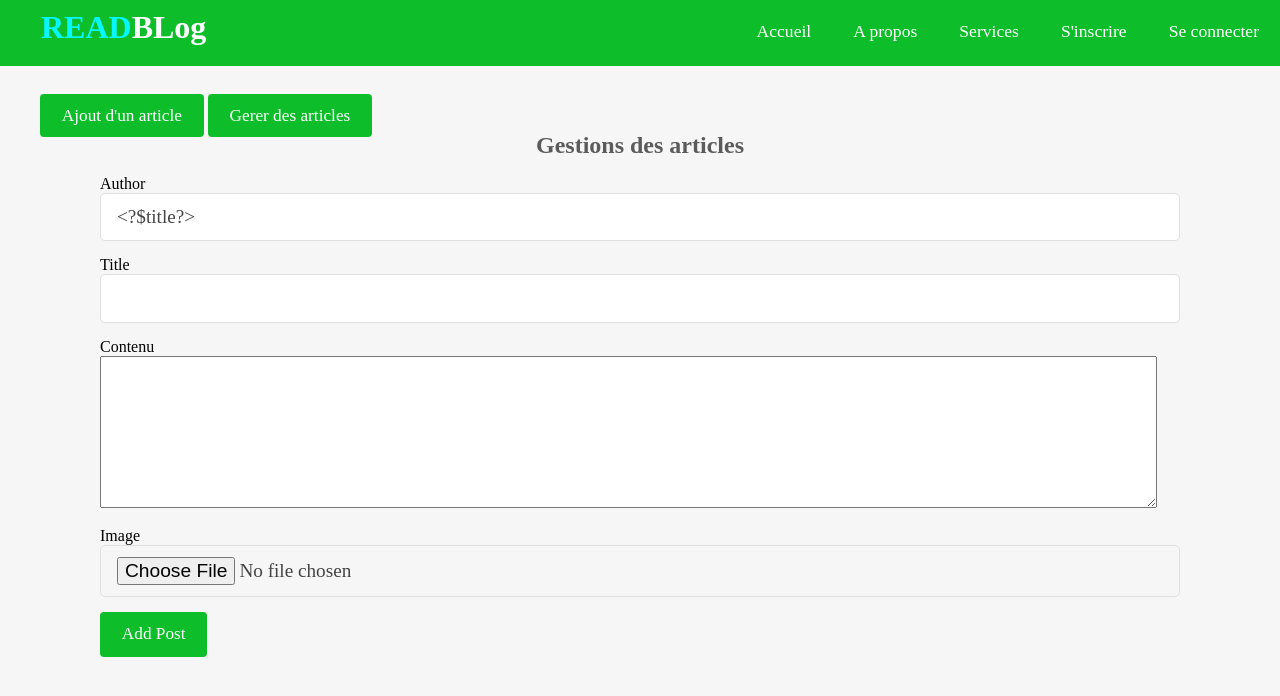
Repository: ahamie71/miniblog
Page: http://localhost/admin/create.php
An editor plug-in stored every save of this project. The page is shown before and after the next save, followed by the edit.
The browser window is 1280 px wide. The pictures show the whole page.
The page is run by PHP 8.4 with error messages shown; the project is at /var/www/html/.

Above is the page before, as saved 2023-02-28 20:56:03.

### admin/create.php
<?php

require_once('../refactoring.php');

$errors = array();

if (isset($_POST['add-post'])) {

    // la gestion des erreurs de champs du fomrulaire
    $errors = validatePost($_POST);

    // traitement d'image
    if (!empty($_FILES['image']['name'])) {
        $image_name = $_FILES['image']['name'];
        // on creer une destination
        $destination = "../images/$image_name";

        $result = move_uploaded_file($_FILES['image']['tmp_name'], $destination);
        if ($result) {

            $_POST['image'] = $image_name;

        } else {
            array_push($errors, 'l\enregistrement de l\'image a echoué');
        }

    } else {
        array_push($errors, 'Une image est demandée');
    }
    if (count($errors) == 0) {

        $_POST['content'] = nl2br(htmlentities($_POST['content']));
        //enregistrement de l'article
        create($_POST['author'], $_POST['title'], $_POST['content'], $_POST['image']);
        header('location: index.php');
        exit();

    }else{

        $title =$_POST['title'];
        $author =$_POST['author'];
        $content =$_POST['content'];
        $image =$_POST['image'];


    }







}


?>

<!DOCTYPE html>
<html lang="en">

<head>
    <meta charset="UTF-8">
    <meta name="viewport" content="width=device-width, initial-scale=1.0">
    <meta http-equiv="X-UA-Compatible" content="ie=edge">

    <!-- Custom Styling -->
    <link rel="stylesheet" href="../css/style.css">

    <!-- Admin Styling -->
    <link rel="stylesheet" href="../css/admin.css">

    <title>Admin Section - Add Post</title>
</head>

<body>
    <?php include '../inc/header.php'; ?>

    <!-- Admin Page Wrapper -->
    <div class="admin-container">


        <!-- // Left Sidebar -->


        <!-- Admin Content -->
        <div class="admin-content">
            <div class="button-group">
                <a href="create.html" class="btn btn-big">Ajout d'un article</a>
                <a href="index.html" class="btn btn-big"> Gerer des articles</a>
            </div>


            <div class="container">

                <h2 class="page-title"> Gestions des articles</h2>
                <form action="create.php" enctype="multipart/form-data" method="post">
                    <div>
                        <label>Author</label>
                        <input type="text" name="author" value= "<?$title?>" class="text-input">
                    </div>
                    <div>
                        <label>Title</label>
                        <input type="text" name="title" class="text-input">
                    </div>
                    <div>
                        <label>Contenu</label>
                        <textarea cols="130" , rows="10" name="content" id="body"></textarea>
                    </div>
                    <div>
                        <label>Image</label>
                        <input type="file" name="image" class="text-input">
                    </div>

                    <div>
                        <button type="submit" name="add-post" class="btn btn-big">Add Post</button>
                    </div>
                </form>

            </div>

        </div>
        <!-- // Admin Content -->

    </div>
    <!-- // Page Wrapper -->


</body>

</html>

### refactoring.php
<?php
require_once 'db.php';


// validation d'un article
function ValidatePost($post)
{
    $errors = array();
    if (empty(($post['author']))) {
        array_push($errors, 'Veiller remplir votre nom');
    }
    if (empty($post['title'])) {
        array_push($errors, 'Veiller remplir le titre  ');

    }
    if (empty($post['content'])) {
        array_push($errors, 'Veiller remplir le content ');

    }
      return $errors;

}

// recuperation de tous les articles
function selectAll()
{
    global $pdo;
    $results = $pdo->query("SELECT * FROM posts
     ORDER BY created_at DESC LIMIT 0,3");
    $posts = $results->fetchAll();
    return $posts;
}

// recuperation d'un article grâce a son identfiant
function selectOne($id)
{
    global $pdo;
    $query = $pdo->prepare('SELECT * FROM posts WHERE id = :post_id');
    $query->execute(array('post_id' => $id));
    $post = $query->fetch();

    return $post;
}

// enregistrement d'un artile
function create($author, $title, $content, $image)
{
    global $pdo;
    $query = $pdo->prepare('INSERT INTO posts (author, title, content, image,created_at)VALUES (:auteur, :titre, :contenu,:image,NOW())');
    $query->execute([
        ':auteur' => $author,
        ':titre' => $title,
        ':contenu' => $content,
        'image' => $image
    ]);


}

### db.php
<?php
$host = 'localhost';
$user = 'root';
$pass = 'root';
$dbname = 'mBlog';

$pdo = new PDO('mysql:host=' . $host . ';dbname=' . $dbname . ';charset=utf8', $user, $pass, [
        PDO::ATTR_ERRMODE => PDO::ERRMODE_EXCEPTION,
        PDO::ATTR_DEFAULT_FETCH_MODE => PDO::FETCH_ASSOC,
]);
?>

### inc/header.php
<header>
        <div class="logo">
            <h1 class="logo-text"><span>READ</span>BLog</h1>
        </div>
        <ul class="nav">
            <li><a href="index.html">Accueil</a></li>
            <li><a href="#">A propos</a></li>
            <li><a href="#">Services</a></li>
            <li><a href="#">S'inscrire</a></li>
            <li><a href="#">Se connecter</a></li>
        </ul>
    </header>

### css/style.css
* {
  box-sizing: border-box;
  margin:0;
  padding: 0;
}

html,
body {
  height: 100%;
  padding: 0px;
  margin: 0px;
  background: #f6f6f6;
  font-family: serif;
}

h1,
h2,
h3,
h4,
h5,
h6 {
  font-family: serif;
  color: #5c5b5b;
  margin: 5px;
}

a {
  text-decoration: none;
  color: inherit;
}
.pagination{
  width: 20%;
  margin: 10px auto;
}
.page{
  display: inline-block;
  width: 40px;
  height: 40px;
  text-align: center;
  font-size: x-large;
  padding-top: 5px;
  background: #ccc;
  border:1px solid black;
  border-radius: 5px;
}
.page.active{
  background:  #0b6c99;
}

.btn {
  padding: .5rem 1rem;
  background: #0dbe2a;
  color: white;
  border: 1px solid transparent;
  border-radius: .25rem;
  font-size: 1.08em;
  font-family: 'Lora', serif;
}

.btn-big {
  padding: .7rem 1.3rem;
  line-height: 1.3rem;
}

.btn:hover {
  color: white !important;
  background: #0a8d75;
}

.text-input {
  padding: .7rem 1rem;
  display: block;
  width: 100%;
  border-radius: 5px;
  border: 1px solid #e0e0e0;
  outline: none;
  color: #444;
  line-height: 1.5rem;
  font-size: 1.2em;
  font-family: 'Lora', serif;
}

.msg {
  width: 100%;
  margin: 5px auto;
  padding: 8px;
  border-radius: 5px;
  list-style: none;
}

.success {
  color: #3a6e3a;
  border: 1px solid #3a6e3a;
  background: #bcf5bc;
}

.error {
  color: #884b4b;
  border: 1px solid #884b4b;
  background: #f5bcbc;
}

/* NAVBAR */

header {
  background: #0dbe2a;
  height: 66px;
}

header * {
  color: white;
}

header .logo {
  float: left;
  height: inherit;
  margin-left: 2em;
}

header .logo-text {
  margin: 9px;
  font-family: 'Candal', serif;
}

header .logo-text span {
  color: #05f7ff;
}

header ul {
  float: right;
  margin: 0px;
  padding: 0px;
  list-style: none;
}

header ul li {
  float: left;
  position: relative;
}

header ul li ul {
  position: absolute;
  top: 66px;
  right: 0px;
  width: 180px;
  display: none;
  z-index: 88888;
}

header ul li:hover ul {
  display: block;
}

header ul li ul li {
  width: 100%;
}

header ul li ul li a {
  padding: 10px;
  background: white;
  color: #444;
}



header ul li ul li a:hover {
  background: #0a8d75;
}

header ul li a {
  display: block;
  padding: 21px;
  font-size: 1.1em;
  text-decoration: none;
}

header ul li a:hover {
  background: #0a8d75;
  transition: 0.5s;
}



.page-container {
  min-height: 90%;
}

.page-container a:hover {
  color: #006669;
}


.posts .posts-title {
  text-align: center;
  margin: 30px auto;
}
.posts .post-container {
  width: 84%;
  height: 350px;
  margin: 0px auto;
  overflow: hidden;
  padding: 10px 0px 10px 0px;
}

.posts .post-container .post {
  width: 300px;
  height: 330px;
  margin: 0px 10px;
  display: inline-block;
  background: white;
  border-radius: 5px;
  box-shadow: 1rem 1rem 1rem -1rem #a0a0a033;
}

.posts .post-container .post .post-info {
  height: 130px;
  padding: 0px 5px;
}

.posts .post-container .post .slider-image {
  width: 100%;
  height: 200px;
  border-top-left-radius: 5px;
  border-top-right-radius: 5px;
}

/* CONTENT */

.container {
  width: 90%;
  margin: auto;
}

.container .main-content {

  margin: auto;
}

.container .main-content.single {
  background: white;
  padding: 20px 50px;
  font-size: 1.1em;
  border-radius: 5px;
}

.container .main-content.single .post-title {
  text-align: center;
  margin-bottom: 40px;
}
.container .main-content.single .post-image{
  margin:auto;
  height: 400px;
  width: 100%;
}
.container .main-content.single .post-image img{
  height: 100%;
  width: 100%;

}
.comments{
  background: #fff;
  padding: 20px;
}
.comment .contenu{
  color: #686868;
  font-size: large;
  overflow:hidden;
}
.comment .sup{
  color: #e91515;
}

/* FOOTER */

.footer {
  background: #303036;
  color: #d3d3d3;
  height: 400px;
  position: relative;
}

.footer .footer-content {
  height: 350px;
  display: flex;
}

.footer .footer-content .footer-section {
  flex: 1;
  padding: 25px;
}

.footer .footer-content h1,
.footer .footer-content h2 {
  color: white;
}

.footer .footer-content .about h1 span {
  color: #05f7ff;
}

.footer .footer-content .about .contact span {
  display: block;
  font-size: 1.1em;
  margin-bottom: 8px;
}

.footer .footer-content .about .socials a {
  border: 1px solid gray;
  width: 45px;
  height: 41px;
  padding-top: 5px;
  margin-right: 5px;
  text-align: center;
  display: inline-block;
  font-size: 1.3em;
  border-radius: 5px;
  transition: all .3s;
}

.footer .footer-content .about .socials a:hover {
  border: 1px solid white;
  color: white;
  transition: all .3s;
}

.footer .footer-content .links ul a {
  display: block;
  margin-bottom: 10px;
  font-size: 1.2em;
  transition: all .3s;
}

.footer .footer-content .links ul a:hover {
  color: white;
  margin-left: 15px;
  transition: all .3s;
}

.footer .footer-content .contact-form .contact-input {
  background: #272727;
  color: #bebdbd;
  margin-bottom: 10px;
  line-height: 1.5rem;
  padding: .9rem 1.4rem;
  border: none;
}

.footer .footer-content .contact-form .contact-input:focus {
  background: #1a1a1a;
}

.footer .footer-content .contact-form .contact-btn {
  float: right;
  font-size: 1.1em;
  font-family: 'Lora', serif;
}

.footer .footer-bottom {
  background: #343a40;
  color: #686868;
  height: 50px;
  width: 100%;
  text-align: center;
  position: absolute;
  bottom: 0px;
  left: 0px;
  padding-top: 20px;
}

### css/admin.css

.admin-container {
  height: auto;
}

.admin-container .admin-content {
  height: 100%;
  padding: 40px;
}
.admin-content .page-title {
  text-align: center;
  margin-bottom: 1rem;
}

table {
  width: 100%;
  border-collapse: collapse;
  font-size: 1.1rem;
}

th,
td {
  padding: 15px;
  text-align: left;
  border-bottom: 1px solid #d3d3d3;
}

.edit {
  color: green;
}

.delete {
  color: red;
}


.edit:hover,
.delete:hover {
  text-decoration: underline;
}

form div {
  margin-bottom: 15px;
}

After the next save:
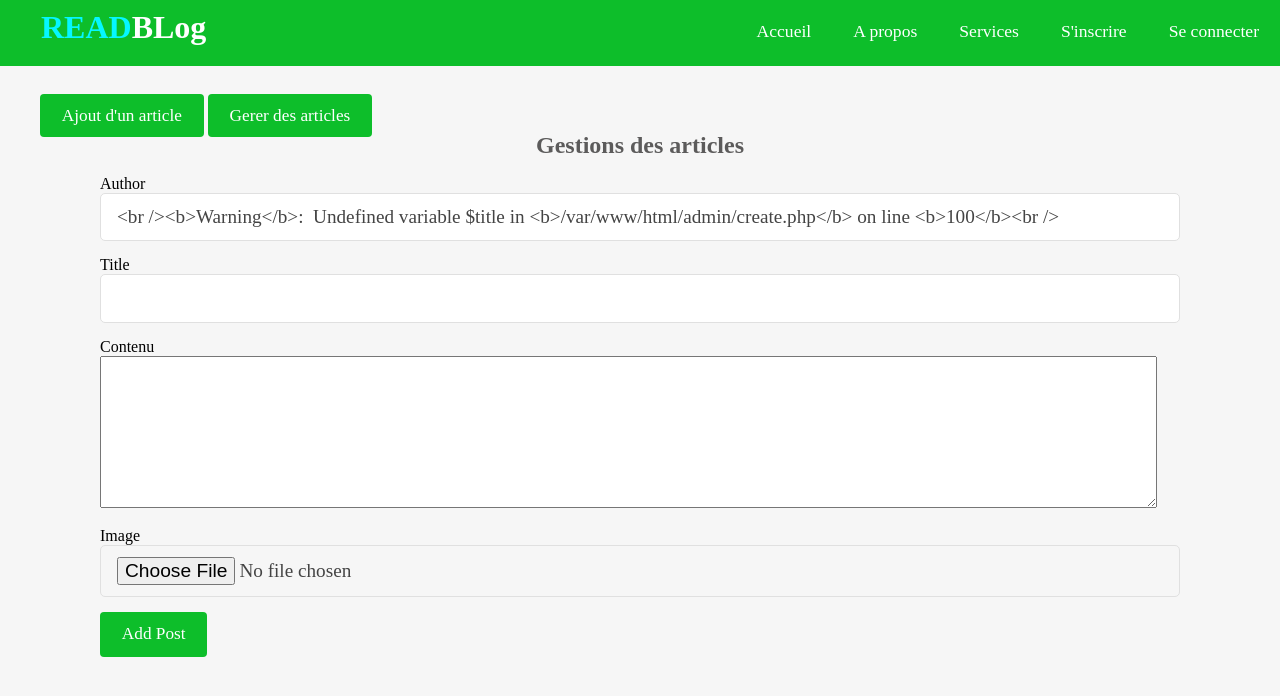
Saved 9 s later.
--- a/admin/create.php
+++ b/admin/create.php
@@ -97,7 +97,7 @@ if (isset($_POST['add-post'])) {
                 <form action="create.php" enctype="multipart/form-data" method="post">
                     <div>
                         <label>Author</label>
-                        <input type="text" name="author" value= "<?$title?>" class="text-input">
+                        <input type="text" name="author" value= "<?=$title?>" class="text-input">
                     </div>
                     <div>
                         <label>Title</label>
